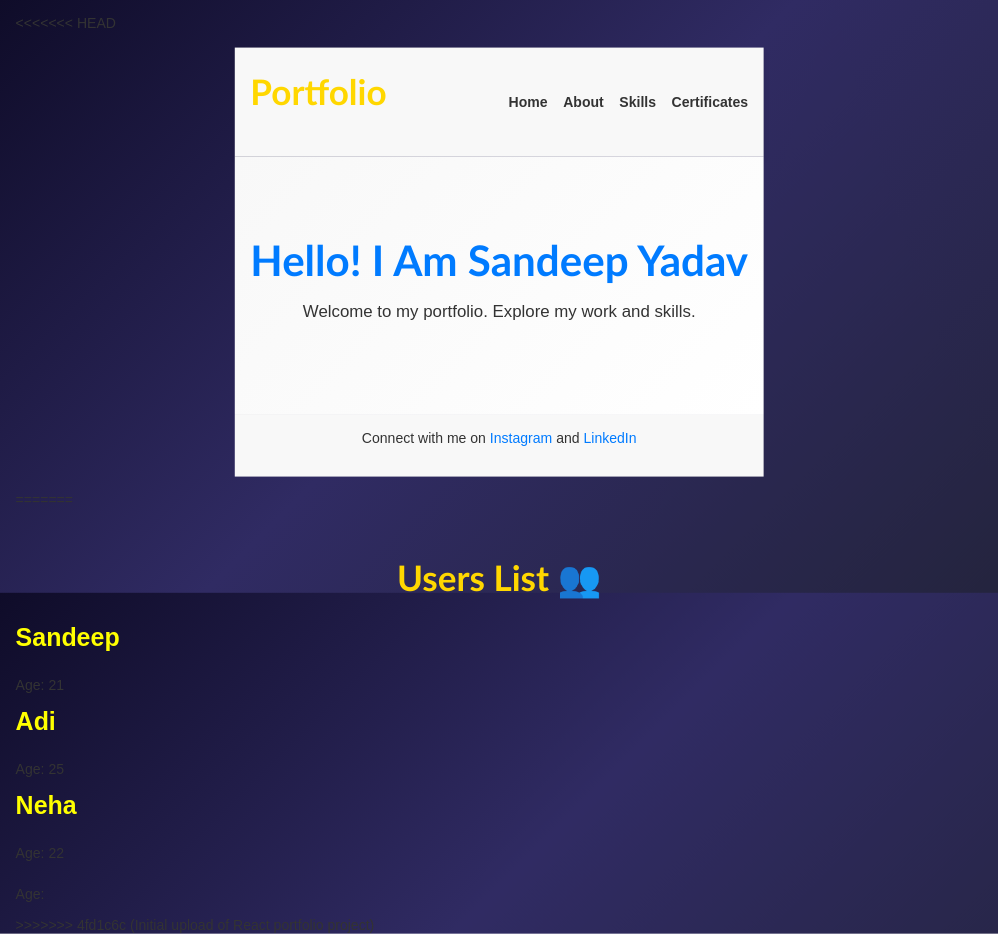
Repository: SandeepYadav18717/Sandeep_portfolio
Page: /
These files come from the project's save history. The page is drawn as it stood at one moment and after the next save; the edit follows.
The browser window is 1280 px wide. The pictures show the whole page, at 78% of full size.
The project was rebuilt for these pictures with package versions that can differ from the ones it lists, and the page was loaded fresh each time. Also part of the build but not shown: vite.config.js, src/index.css, src/App.css, src/Navbar/Navbar.jsx, src/Pages/Home.css, src/Pages/Index.jsx, src/Cards/Cards.jsx, src/Pages/Skills.jsx and 3 more.

Above is the page before, as saved 2025-09-01 08:05:55.

After the next save:
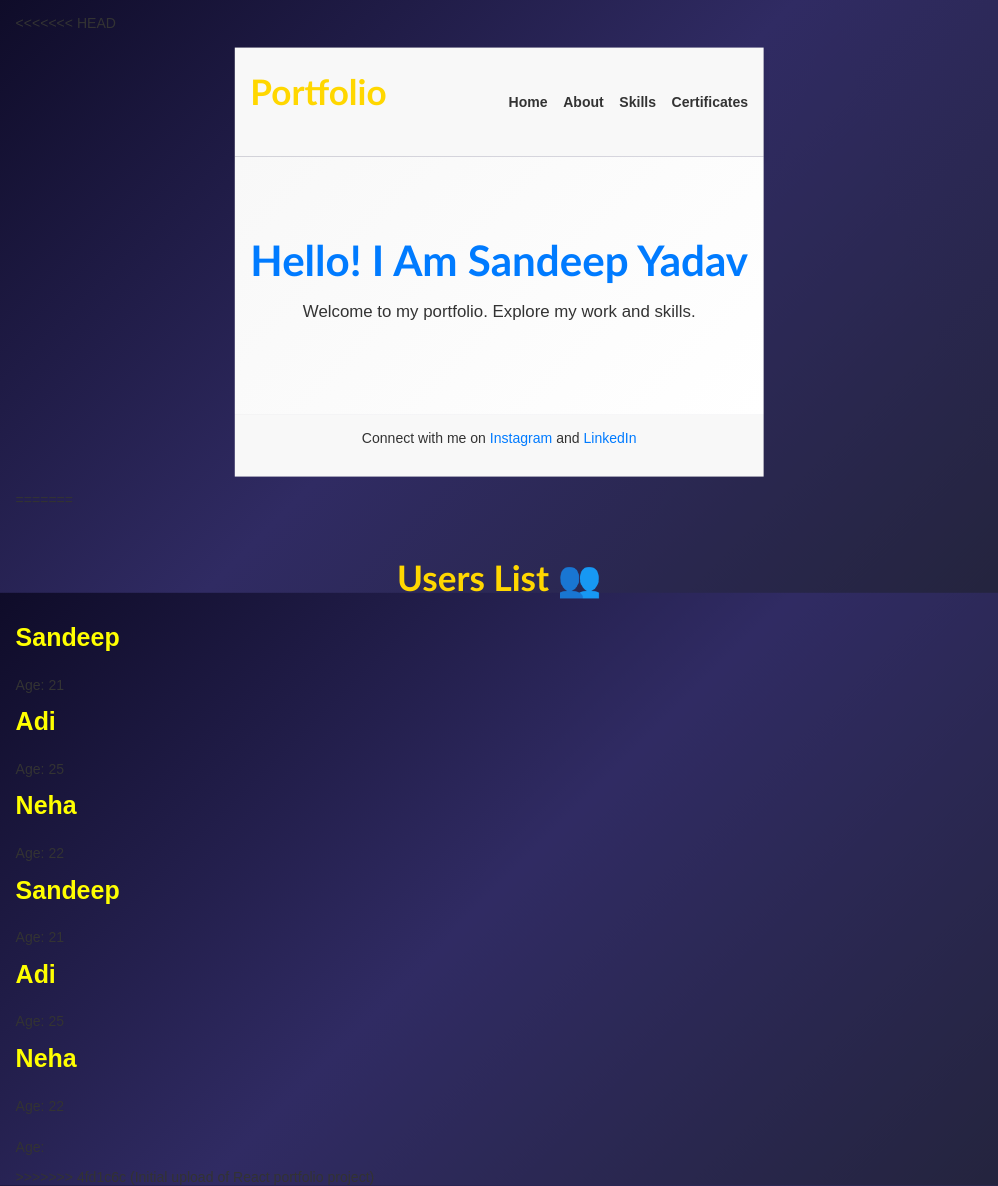
Saved 10 s later.
--- a/src/Practice/Checkbox.jsx
+++ b/src/Practice/Checkbox.jsx
@@ -33,6 +33,9 @@ function Checkbox() {
     { id: 1, name: "Sandeep", age: 21 },
     { id: 2, name: "Adi", age: 25 },
     { id: 3, name: "Neha", age: 22 },
+     { id: 1, name: "Sandeep", age: 21 },
+    { id: 2, name: "Adi", age: 25 },
+    { id: 3, name: "Neha", age: 22 },
     {}
   ];
 
